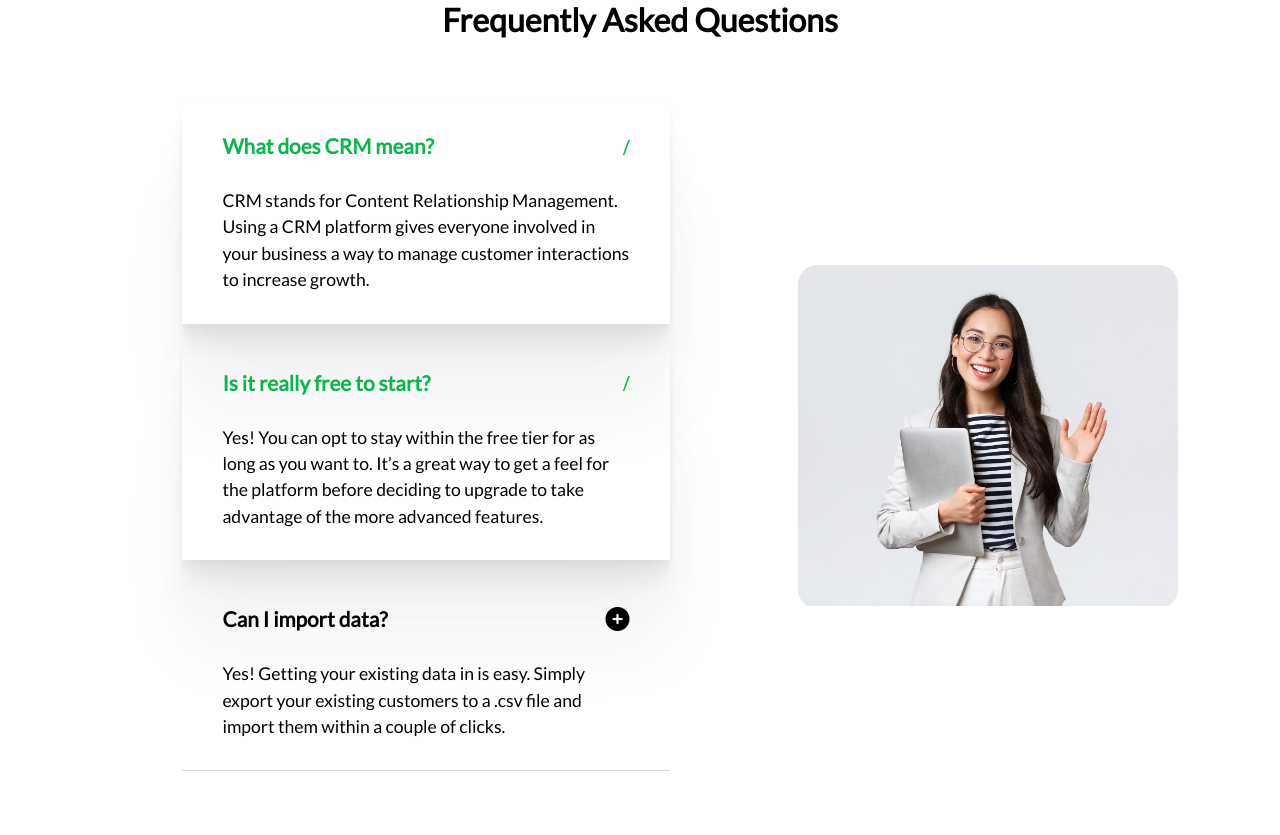
Repository: emiliaiwu/faq_component
Page: index.html
These files come from the project's save history. The page is drawn as it stood at one moment and after the next save; the edit follows.
The browser window is 1280 px wide. The pictures show the whole page.
Some web libraries are served in a nearby version.

Above is the page before, as saved 2022-12-13 16:41:00.

After the next save:
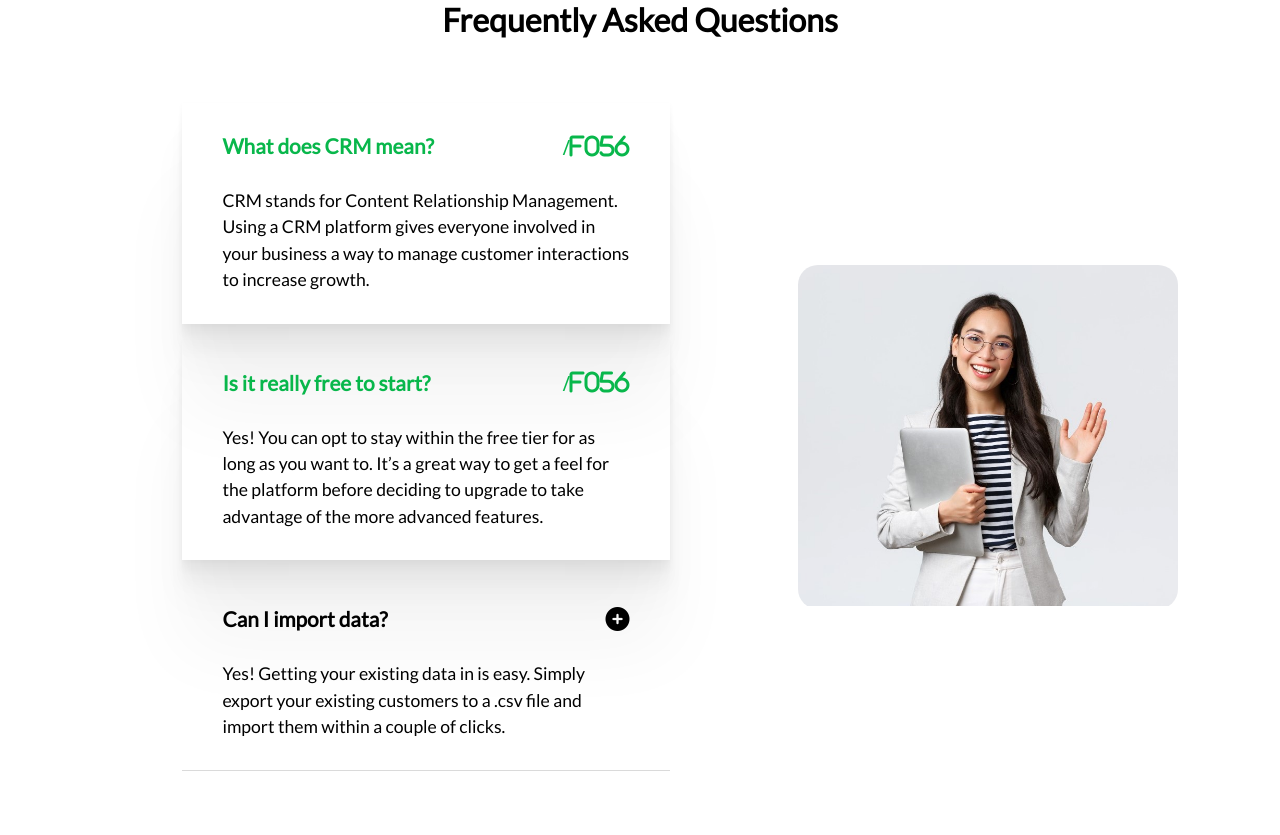
Saved 14 s later.
--- a/style.css
+++ b/style.css
@@ -109,7 +109,7 @@ img {
 }
 
 .faq_content.active .fa-solid::before {
-    content: '/';
+    content: '/f056';
 }
 
 
